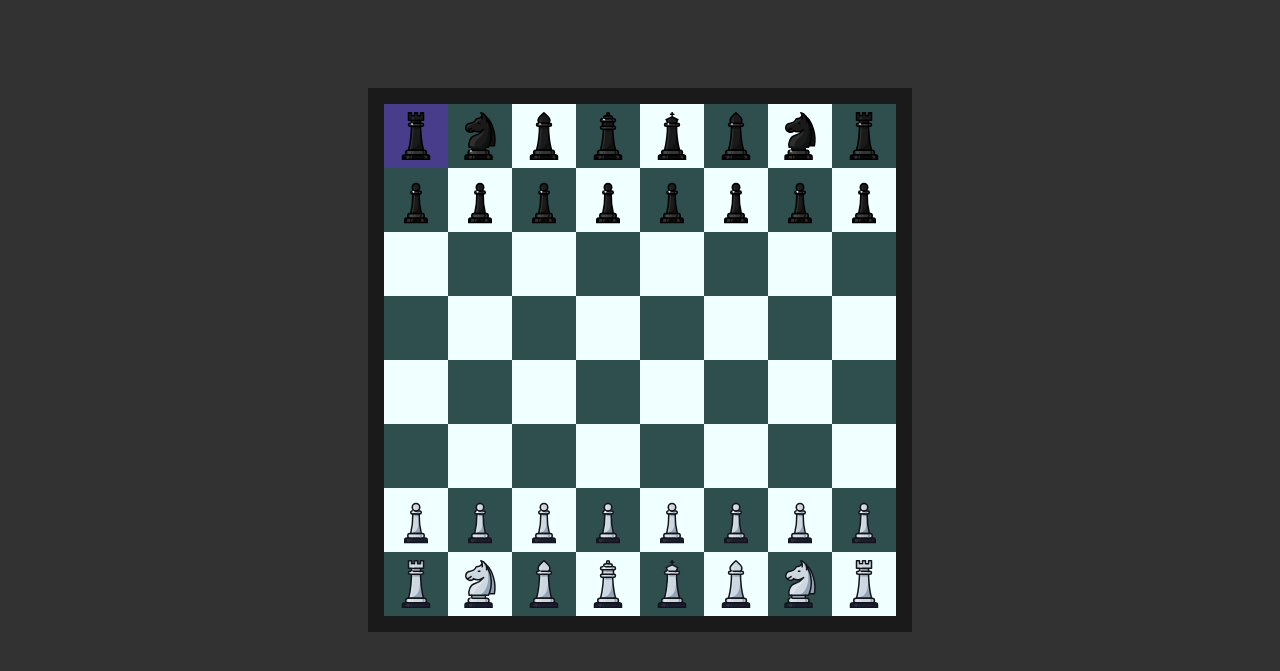
Repository: Mirsmog/react-chess
Page: /, after clicking the first element matching `div.cell`
These files come from the project's save history. The page is drawn as it stood at one moment and after the next save; the edit follows.
The browser window is 1280 px wide. The pictures show the whole page.
The project was rebuilt for these pictures with package versions that can differ from the ones it lists, and the page was loaded fresh each time. Also part of the build but not shown: vite.config.ts.

Above is the page before, as saved 2023-10-28 15:55:45.

After the next save:
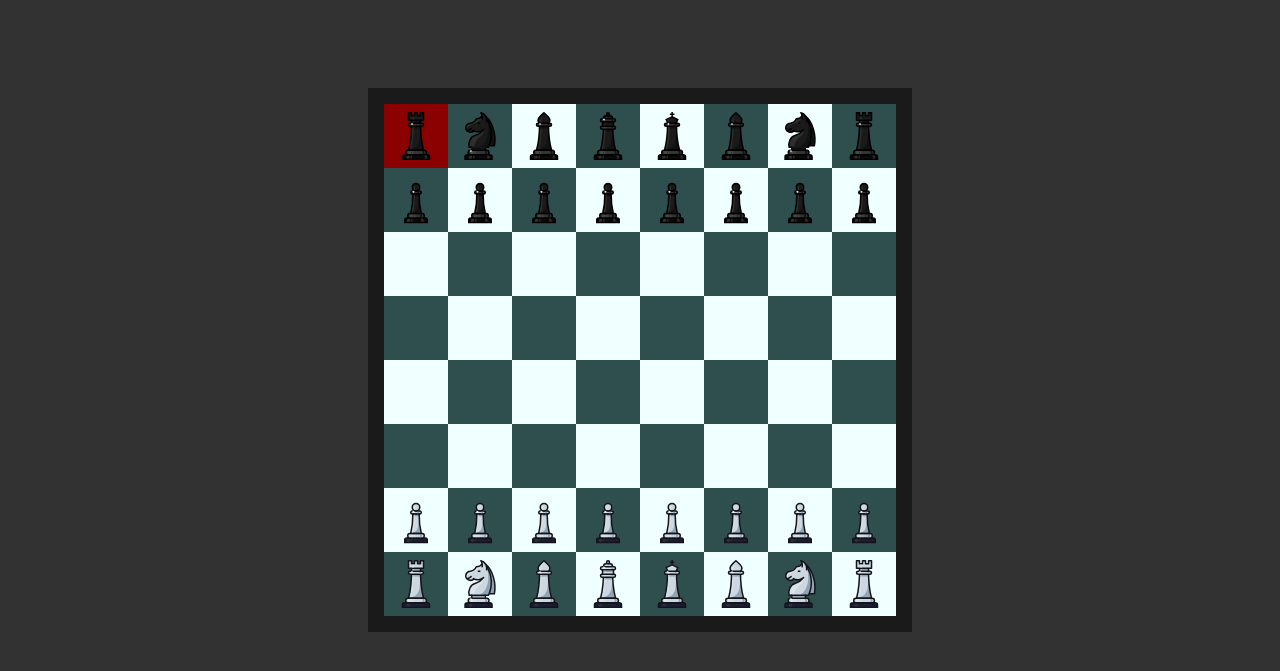
Saved 6 s later.
--- a/src/index.css
+++ b/src/index.css
@@ -53,5 +53,5 @@ img[src*='/src/assets/pawn-black.svg'] {
 }
 
 .selected {
-  background-color:darkslateblue;
+  background-color:darkred;
 }
